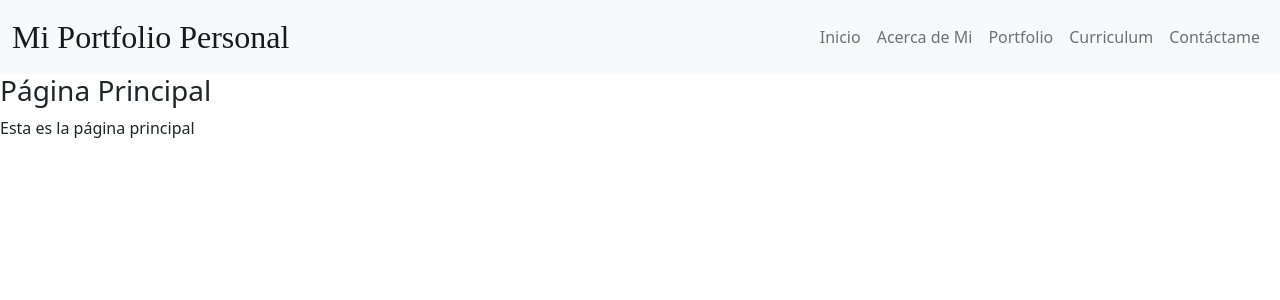
Repository: AlejandroJesusSerrano/portfolio
Page: http://localhost/
The author's editor kept a copy of each file at every save. The page is drawn from the files as they stood at one save, then again after the next save.
The browser window is 1280 px wide. The pictures show the whole page.
Some web fonts or font styles are not loaded; a fallback is used. The page is served by the project's application, run on Django 4.2 (manage.py). Other server files are loaded and not shown.

Above is the page before, as saved 2023-09-05 15:11:41.

### portfolio/core/templates/core/home.html
{% extends 'core/base.html' %}

{% block title %} Inicio {% endblock title %}

{% block content %}
<h3>Página Principal</h3>

<p>Esta es la página principal</p>
{% endblock content %}

### portfolio/core/templates/core/base.html
{% load static %}

<!DOCTYPE html>
<html lang="en">

<head>
  <meta charset="UTF-8">
  <meta name="viewport" content="width=device-width, initial-scale=1.0">
  <link rel="stylesheet" href={% static 'lib/bootstrap-5.2/css/bootstrap.min.css' %}>
  <link rel="stylesheet" href={% static 'css/styles.css' %}>
  <title>Portafolio Personal - {% block title %} {% endblock title %}</title>
</head>

<body>
  <!-- HEADER -->
  <nav class="navbar navbar-expand-lg bg-light">
    <div class="container-fluid">
      <a class="navbar-brand brand" href={% url 'home' %}>Mi Portfolio Personal</a>
      <button class="navbar-toggler" type="button" data-bs-toggle="collapse" data-bs-target="#navbarNav"
        aria-controls="navbarNav" aria-expanded="false" aria-label="Toggle navigation">
        <span class="navbar-toggler-icon"></span>
      </button>
      <div class="collapse navbar-collapse" id="navbarNav">
        <ul class="navbar-nav ms-auto">
          <li class="nav-item">
            <a class="nav-link" aria-current="page" href={% url 'home' %}>Inicio</a>
          </li>
          <li class="nav-item">
            <a class="nav-link" href={% url 'about' %}>Acerca de Mi</a>
          </li>
          <li class="nav-item">
            <a class="nav-link" href={% url 'portfolio' %}>Portfolio</a>
          </li>
          <li class="nav-item">
            <a class="nav-link" href={% url 'curriculum' %}>Curriculum</a>
          </li>
          <li class="nav-item">
            <a class="nav-link" href={% url 'contact' %}>Contáctame</a>
          </li>
        </ul>
      </div>
    </div>
  </nav>

  <!-- CONTENT - Template Tags -->

  {% block content %} {%endblock content%}

  <script src={% static 'lib/bootstrap-5.2/js/bootstrap.min.js' %}></script>
</body>

</html>

### portfolio/core/views.py
from django.shortcuts import render

# Create your views here.
def home(request):
  return render(request, 'core/home.html')

def about(request):
  return render(request, 'core/about.html')

def portfolio(request):
  return render(request, 'core/portfolio.html')

def curriculum(request):
  return render(request, 'core/curriculum.html')

def contact(request):
  return render(request, 'core/contact.html')

### portfolio/portfolio/urls.py
"""
URL configuration for portfolio project.

The `urlpatterns` list routes URLs to views. For more information please see:
    https://docs.djangoproject.com/en/4.2/topics/http/urls/
Examples:
Function views
    1. Add an import:  from my_app import views
    2. Add a URL to urlpatterns:  path('', views.home, name='home')
Class-based views
    1. Add an import:  from other_app.views import Home
    2. Add a URL to urlpatterns:  path('', Home.as_view(), name='home')
Including another URLconf
    1. Import the include() function: from django.urls import include, path
    2. Add a URL to urlpatterns:  path('blog/', include('blog.urls'))
"""
from django.contrib import admin
from django.urls import path
from core import views

urlpatterns = [
    path('', views.home, name='home'),
    path('about-me/', views.about, name='about'),
    path('contact/', views.contact, name='contact'),
    path('portfolio/', views.portfolio, name='portfolio'),
    path('curriculum/', views.curriculum, name='curriculum'),
    path('admin/', admin.site.urls),
]

### portfolio/static/css/styles.css
@import url("https://fonts.googleapis.com/css2?family=Arima:wght@500;700&family=Average+Sans&family=Mulish:ital,wght@0,400;0,500;0,700;1,400;1,500;1,700&display=swap");

* {
  margin: 0;
  padding: 0;
  box-sizing: border-box;
}

.brand {
  font-family: "Arima", cursive;
  font-size: 2rem;
}

.nav_menu {
  font-family: "Average Sans", sans-serif;
}

Loaded but not shown: portfolio/static/lib/bootstrap-5.2/css/bootstrap.min.css (library); portfolio/static/lib/bootstrap-5.2/js/bootstrap.min.js (library)

After the next save:
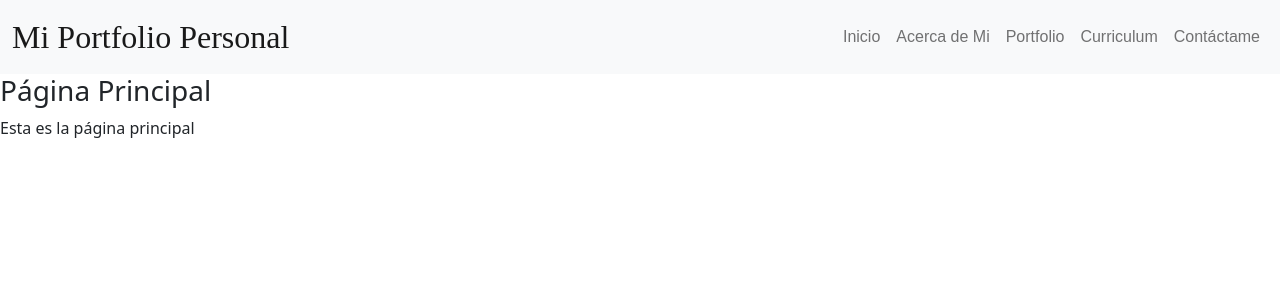
Saved 32 s later.
--- a/portfolio/core/templates/core/base.html
+++ b/portfolio/core/templates/core/base.html
@@ -21,7 +21,7 @@
         <span class="navbar-toggler-icon"></span>
       </button>
       <div class="collapse navbar-collapse" id="navbarNav">
-        <ul class="navbar-nav ms-auto">
+        <ul class="navbar-nav nav_menu ms-auto">
           <li class="nav-item">
             <a class="nav-link" aria-current="page" href={% url 'home' %}>Inicio</a>
           </li>
